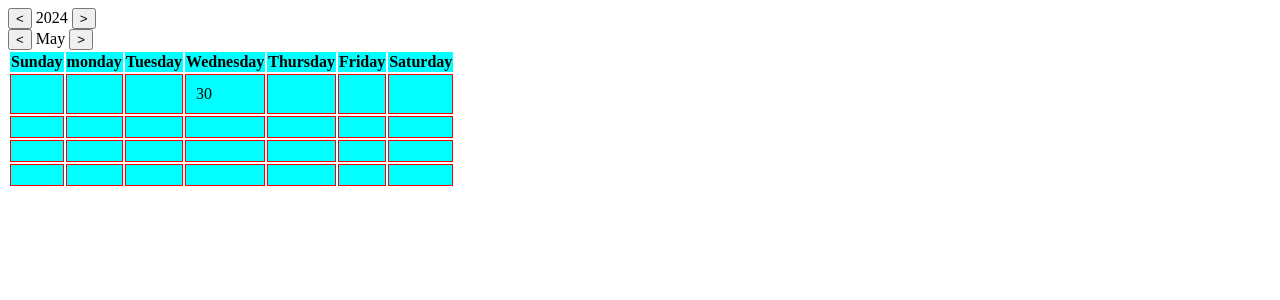
Repository: fateme81yosefi/calendar
Page: index.html
An editor plug-in stored every save of this project. The page is shown before and after the next save, followed by the edit.
The browser window is 1280 px wide. The pictures show the whole page.

Above is the page before, as saved 2024-05-30 14:06:28.

After the next save:
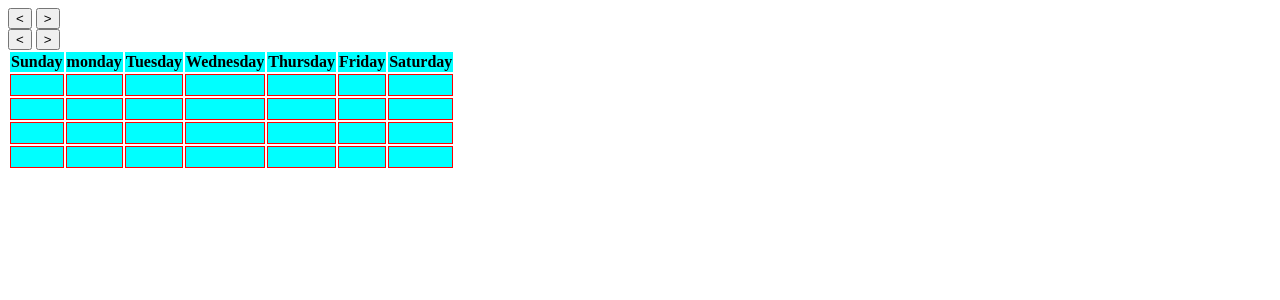
Console error: ReferenceError: w is not defined
Saved 44 s later.
--- a/scripts.js
+++ b/scripts.js
@@ -9,6 +9,7 @@
     day = d.getDate()
     weekday = d.getDay()
 
+    w
     document.getElementById("year").innerHTML = y
 
     switch(m+1){

After the save that followed:
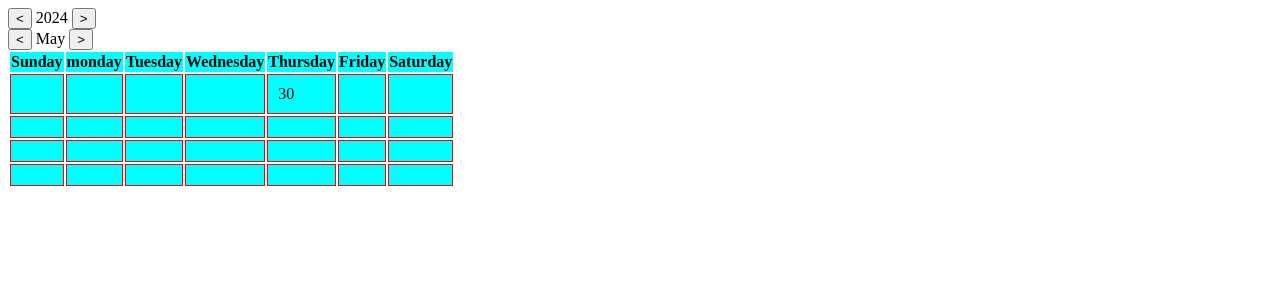
The error is gone.
Saved 5 s later.
--- a/scripts.js
+++ b/scripts.js
@@ -9,7 +9,8 @@
     day = d.getDate()
     weekday = d.getDay()
 
-    w
+    weekday++
+
     document.getElementById("year").innerHTML = y
 
     switch(m+1){
